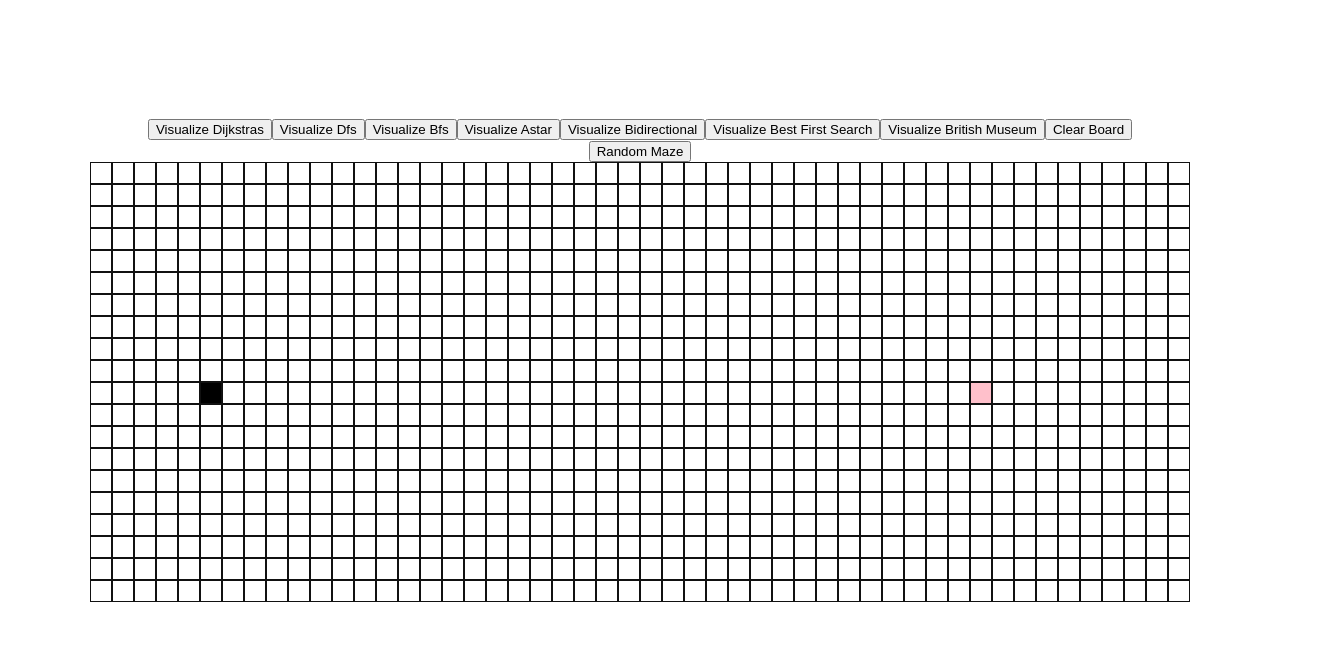
Repository: rehans-Life/Pathfinding-Visualizer
Page: /
An editor plug-in stored every save of this project. The page is shown before and after the next save, followed by the edit.
The browser window is 1280 px wide. The page is 1280 px wide, then 1333 px, so the pictures cover 1333 px, including what lies to the right of the window. The pictures show the whole page.
The project was rebuilt for these pictures with package versions that can differ from the ones it lists, and the page was loaded fresh each time. The framework's server and built-in components were replaced by stand-ins that run in the browser. Also part of the build but not shown: next.config.js.

Above is the page before, as saved 2023-03-11 09:40:04.

### pages/index.js
import Head from "next/head";
import styles from "../styles/Home.module.css";
import Node from "../components/Node";
import { visualizeDijistras } from "../algorithms/dijkstras";
import { useState } from "react";
import { visualizeDfs } from "../algorithms/dfs";
import { visualizeBfs } from "../algorithms/bfs";
import { visualizeAstar } from "../algorithms/aStar";
import { visualizeBidirectional } from "../algorithms/bidirectional";
import { visualizeBestfs } from "../algorithms/bestFirstSearch";
import { visualizeBritishMuseum } from "../algorithms/britishMuseum";
import { randomMaze } from "../mazes/randomMaze";

export const START_ROW = 10;
export const START_COL = 5;
export const END_ROW = 10;
export const END_COL = 40;
export const ROWS = 20;
export const COLS = 50;

function getInitialGrid() {
  let grid = [];
  for (let i = 0; i < ROWS; i++) {
    let row = [];
    for (let j = 0; j < COLS; j++) {
      const node = {
        row: i,
        col: j,
        isStart: i === START_ROW && j === START_COL,
        isEnd: i === END_ROW && j === END_COL,
        distance: Infinity,
        parent: null,
        isVisited: false,
        isInPath: false,
        isWall: false,
        huristic: Infinity,
        totalDistance: Infinity,
      };
      row.push(node);
    }
    grid.push(row);
  }
  return grid;
}

const canBecomeWall = (row, col) => {
  return row != END_ROW || col != END_COL;
};

export default function Home() {
  const [grid, setGrid] = useState(getInitialGrid());
  const [mouseDown, setMouseDown] = useState(false);

  const handleMouseDown = (row, col) => {
    if (!canBecomeWall(row, col)) return;
    setMouseDown(true);
    setCellAsWall(row, col);
  };

  const handleMouseEnter = (row, col) => {
    if (!canBecomeWall(row, col)) return;
    if (mouseDown) {
      setCellAsWall(row, col);
    }
  };

  const handleMouseUp = () => {
    setMouseDown(false);
  };

  const setCellAsWall = (row, col) => {
    let newGrid = grid.slice();
    newGrid[row][col].isWall = !newGrid[row][col].isWall;
    setGrid(newGrid);
  };

  return (
    <div className={styles.container}>
      <Head>
        <title>Pathfinding Visualizer</title>
        <meta name="description" content="Generated by create next app" />
        <link rel="icon" href="/favicon.ico" />
      </Head>
      <div className={styles.buttons}>
        <button onClick={() => visualizeDijistras(grid, setGrid)}>
          Visualize Dijkstras
        </button>
        <button onClick={() => visualizeDfs(grid, setGrid)}>
          Visualize Dfs
        </button>
        <button onClick={() => visualizeBfs(grid, setGrid)}>
          Visualize Bfs
        </button>
        <button onClick={() => visualizeAstar(grid, setGrid)}>
          Visualize Astar
        </button>
        <button onClick={() => visualizeBidirectional(grid, setGrid)}>
          Visualize Bidirectional
        </button>
        <button onClick={() => visualizeBestfs(grid, setGrid)}>
          Visualize Best First Search
        </button>
        <button onClick={() => visualizeBritishMuseum(grid, setGrid)}>
          Visualize British Museum
        </button>
        <button onClick={() => setGrid(getInitialGrid())}>Clear Board</button>
      </div>
      <div className={styles.buttons}>
        <button onClick={() => randomMaze(grid, setGrid)}>Random Maze</button>
      </div>
      {grid.map((row, index) => (
        <div key={index} className={styles.row}>
          {row.map((node, index) => (
            <Node
              key={index}
              row={node.row}
              col={node.col}
              isStart={node.isStart}
              isEnd={node.isEnd}
              distance={node.distance}
              isVisited={node.isVisited}
              isInPath={node.isInPath}
              isWall={node.isWall}
              handleMouseDown={handleMouseDown}
              handleMouseUp={handleMouseUp}
              handleMouseEnter={handleMouseEnter}
            ></Node>
          ))}
        </div>
      ))}
    </div>
  );
}

### styles/Home.module.css
.container {
  display: flex;
  flex-direction: column;
  justify-content: center;
  align-items: center;
  width: 100vw;
  height: 100vh;
}
.node {
  padding: 10px;
  border: 1px solid #111;
  width: 10px;
}

.row {
  display: flex;
}
.button {
  display: flex;
  align-items: center;
}

.startNode {
  padding: 10px;
  border: 1px solid #111;
  width: 10px;
  background-color: black;
}
.visited {
  background-color: lightslategray;
  padding: 10px;
  border: 1px solid #111;
  width: 10px;
}

.wall {
  background-color: darkslateblue;
  padding: 10px;
  border: 1px solid #111;
  width: 10px;
}

.inPath {
  background-color: royalblue;
  padding: 10px;
  border: 1px solid #111;
  width: 10px;
}

.endNode {
  padding: 10px;
  border: 1px solid #111;
  width: 10px;
  background-color: pink;
}

### components/Node.js
import React from "react";
import styles from "../styles/Home.module.css";

export default function Node({
  row,
  col,
  isStart,
  isEnd,
  isWall,
  isInPath,
  isVisited,
  handleMouseDown,
  handleMouseUp,
  handleMouseEnter,
}) {
  return (
    <div
      onMouseDown={() => handleMouseDown(row, col)}
      onMouseUp={handleMouseUp}
      onMouseEnter={() => handleMouseEnter(row, col)}
      className={
        isStart
          ? styles.startNode
          : isEnd
          ? styles.endNode
          : isWall
          ? styles.wall
          : isInPath
          ? styles.inPath
          : isVisited
          ? styles.visited
          : styles.node
      }
    >
      {" "}
    </div>
  );
}

### algorithms/dijkstras.js
import { COLS, END_COL, END_ROW, ROWS, START_COL, START_ROW } from "../pages";

class PriorityQueue {
  constructor() {
    this.heap = [];
  }

  isEmpty() {
    return this.heap.length == 0;
  }

  insert(node) {
    this.heap.push(node);
    let i = this.heap.length - 1;
    this.siftup(i);
  }

  delete() {
    let temp = this.heap[0];
    this.heap[0] = this.heap[this.heap.length - 1];
    this.heap.pop();
    this.shiftdown(0);
    return temp;
  }

  siftup(i) {
    let parent = Math.floor((i - 1) / 2);
    while (parent >= 0 && this.heap[parent].distance > this.heap[i].distance) {
      let temp = this.heap[parent];
      this.heap[parent] = this.heap[i];
      this.heap[i] = temp;
      i = parent;
      parent = Math.floor((i - 1) / 2);
    }
  }
  shiftdown(i) {
    let leftChild = i * 2 + 1;
    let rightChild = i * 2 + 2;
    let n = this.heap.length;

    while (
      (leftChild < n &&
        this.heap[leftChild].distance < this.heap[i].distance) ||
      (rightChild < n && this.heap[rightChild].distance < this.heap[i].distance)
    ) {
      let smaller =
        rightChild >= n ||
        this.heap[leftChild].distance <= this.heap[rightChild].distance
          ? leftChild
          : rightChild;

      let temp = this.heap[i];
      this.heap[i] = this.heap[smaller];
      this.heap[smaller] = temp;

      i = smaller;
      leftChild = i * 2 + 1;
      rightChild = i * 2 + 2;
    }
  }
}

function isValid(row, col) {
  return row < ROWS && row >= 0 && col < COLS && col >= 0;
}

export function dijkstras(grid, src, target) {
  let priorityQueue = new PriorityQueue();
  let delRow = [-1, +1, 0, 0];
  let delCol = [0, 0, -1, +1];

  let visitedNodes = [];

  priorityQueue.insert(src);
  src.distance = 0;
  visitedNodes.push(src);

  while (!priorityQueue.isEmpty()) {
    let node = priorityQueue.delete();

    for (let i = 0; i < 4; i++) {
      let adjRow = node.row + delRow[i];
      let adjCol = node.col + delCol[i];
      let newDistance = node.distance + 1;

      if (isValid(adjRow, adjCol)) {
        let adjNode = grid[adjRow][adjCol];
        if (!adjNode.isWall && newDistance < adjNode.distance) {
          adjNode.distance = newDistance;
          adjNode.parent = node;
          if (adjNode.row === target.row && adjNode.col === target.col) {
            return visitedNodes;
          }
          visitedNodes.push(adjNode);
          priorityQueue.insert(adjNode);
        }
      }
    }
  }
  return visitedNodes;
}

const animteDijkstras = (visitedNodes, path, grid, setGrid) => {
  for (let i = 0; i < visitedNodes?.length; i++) {
    if (i === visitedNodes.length - 1) {
      setTimeout(() => {
        animatePath(path, grid, setGrid);
      }, 30 * i);
    }
    setTimeout(() => {
      let newGrid = grid.slice();

      let node = visitedNodes[i];
      let newNode = {
        ...node,
        isVisited: true,
      };

      newGrid[node.row][node.col] = newNode;
      setGrid(newGrid);
    }, 30 * i);
  }
};

const animatePath = (path, grid, setGrid) => {
  for (let i = 0; i < path?.length; i++) {
    setTimeout(() => {
      let newGrid = grid.slice();

      let node = path[i];
      let newNode = {
        ...node,
        isInPath: true,
      };

      newGrid[node.row][node.col] = newNode;
      setGrid(newGrid);
    }, 50 * i);
  }
};

export const visualizeDijistras = (grid, setGrid) => {
  let startNode = grid[START_ROW][START_COL];
  let endNode = grid[END_ROW][END_COL];
  let visitedNodes = dijkstras(grid, startNode, endNode);
  let node = grid[END_ROW][END_COL];
  let path = [];
  while (node) {
    path.push(node);
    node = node.parent;
  }
  path.reverse();
  animteDijkstras(visitedNodes, path, grid, setGrid);
};

### algorithms/dfs.js
import { COLS, END_COL, END_ROW, ROWS, START_COL, START_ROW } from "../pages";

export function visualizeDfs(grid, setGrid) {
  let startNode = grid[START_ROW][START_COL];
  let endNode = grid[END_ROW][END_COL];
  let visitedNodes = dfs(grid, startNode, endNode);
  let path = [];
  let node = endNode;
  while (node) {
    path.push(node);
    node = node.parent;
  }
  path.reverse();
  animateDfs(visitedNodes, path, grid, setGrid);
}

function animateDfs(visitedNodes, path, grid, setGrid) {
  for (let i = 0; i < visitedNodes.length; i++) {
    setTimeout(() => {
      if (i === visitedNodes.length - 1) {
        animatePath(path, grid, setGrid);
      }
      let newGrid = grid.slice();

      let node = visitedNodes[i];
      let newNode = {
        ...node,
        isVisited: true,
      };

      newGrid[node.row][node.col] = newNode;
      setGrid(newGrid);
    }, 10 * i);
  }
}

function animatePath(path, grid, setGrid) {
  for (let i = 0; i < path.length; i++) {
    setTimeout(() => {
      let newGrid = grid.slice();

      let node = path[i];
      let newNode = {
        ...node,
        isInPath: true,
      };

      newGrid[node.row][node.col] = newNode;
      setGrid(newGrid);
    }, 10 * i);
  }
}

function isValid(row, col) {
  return row < ROWS && row >= 0 && col < COLS && col >= 0;
}

function dfs(grid, src, target) {
  let visitedNodes = [];
  let delRow = [-1, 0, 0, +1];
  let delCol = [0, +1, -1, 0];

  function helper(node, parent) {
    node.distance = 1;
    node.parent = parent;
    visitedNodes.push(node);

    if (node.row === target.row && node.col === target.col) {
      return true;
    }

    for (let i = 0; i < 4; i++) {
      let adjRow = node.row + delRow[i];
      let adjCol = node.col + delCol[i];

      if (isValid(adjRow, adjCol)) {
        let adjNode = grid[adjRow][adjCol];
        if (!adjNode.isWall && adjNode.distance === Infinity) {
          if (helper(adjNode, node)) {
            return true;
          }
        }
      }
    }
  }

  helper(src, null);
  return visitedNodes;
}

### algorithms/bfs.js
import { COLS, END_COL, END_ROW, ROWS, START_COL, START_ROW } from "../pages";

function isValid(row, col) {
  return row < ROWS && row >= 0 && col < COLS && col >= 0;
}

export function bfs(grid, src, target) {
  let queue = [];
  let delRow = [-1, +1, 0, 0];
  let delCol = [0, 0, -1, +1];

  let visitedNodes = [];

  queue.push(src);
  src.distance = 0;
  visitedNodes.push(src);

  while (queue.length) {
    let node = queue.shift();

    for (let i = 0; i < 4; i++) {
      let adjRow = node.row + delRow[i];
      let adjCol = node.col + delCol[i];
      let newDistance = node.distance + 1;

      if (isValid(adjRow, adjCol)) {
        let adjNode = grid[adjRow][adjCol];
        if (!adjNode.isWall && newDistance < adjNode.distance) {
          adjNode.distance = newDistance;
          adjNode.parent = node;
          if (adjNode.row === target.row && adjNode.col === target.col) {
            return visitedNodes;
          }
          visitedNodes.push(adjNode);
          queue.push(adjNode);
        }
      }
    }
  }
  return visitedNodes;
}

const animateBfs = (visitedNodes, path, grid, setGrid) => {
  for (let i = 0; i < visitedNodes?.length; i++) {
    if (i === visitedNodes.length - 1) {
      setTimeout(() => {
        animatePath(path, grid, setGrid);
      }, 10 * i);
    }
    setTimeout(() => {
      let newGrid = grid.slice();

      let node = visitedNodes[i];
      let newNode = {
        ...node,
        isVisited: true,
      };

      newGrid[node.row][node.col] = newNode;
      setGrid(newGrid);
    }, 10 * i);
  }
};

const animatePath = (path, grid, setGrid) => {
  for (let i = 0; i < path?.length; i++) {
    setTimeout(() => {
      let newGrid = grid.slice();

      let node = path[i];
      let newNode = {
        ...node,
        isInPath: true,
      };

      newGrid[node.row][node.col] = newNode;
      setGrid(newGrid);
    }, 50 * i);
  }
};

export const visualizeBfs = (grid, setGrid) => {
  let startNode = grid[START_ROW][START_COL];
  let endNode = grid[END_ROW][END_COL];
  let visitedNodes = bfs(grid, startNode, endNode);
  let node = grid[END_ROW][END_COL];
  let path = [];
  while (node) {
    path.push(node);
    node = node.parent;
  }
  path.reverse();
  animateBfs(visitedNodes, path, grid, setGrid);
};

### algorithms/bidirectional.js
import { COLS, END_COL, END_ROW, ROWS, START_COL, START_ROW } from "../pages";

function isValid(row, col) {
  return row < 20 && row >= 0 && col < 50 && col >= 0;
}

function bidirectional(grid, src, target) {
  let forwardQueue = [];
  let backwardQueue = [];

  let forwardVisitedNodes = [];
  let backwardVisitedNodes = [];

  src.distance = 0;
  forwardQueue.push(src);
  forwardVisitedNodes.push(src);

  target.distance = 0;
  backwardQueue.push(target);
  backwardVisitedNodes.push(target);

  while (forwardQueue.length && backwardQueue.length) {
    bfs(grid, forwardQueue, forwardVisitedNodes, backwardVisitedNodes);

    let backwardIntersectingNodes = bfs(
      grid,
      backwardQueue,
      backwardVisitedNodes,
      forwardVisitedNodes
    );
    if (backwardIntersectingNodes) {
      return [
        answer(forwardVisitedNodes, backwardVisitedNodes),
        genertatePath(backwardIntersectingNodes),
      ];
    }
  }
  return [answer(forwardVisitedNodes, backwardVisitedNodes), []];
}

function answer(forwardVisitedNodes, backwardVisitedNodes) {
  let visitedNodes = [];
  let n = forwardVisitedNodes.length;
  let m = backwardVisitedNodes.length;

  let greater = n > m ? n : m;

  for (let i = 0; i < greater; i++) {
    if (i < n) visitedNodes.push(forwardVisitedNodes[i]);
    if (i < m) visitedNodes.push(backwardVisitedNodes[i]);
  }
  return visitedNodes;
}

function genertatePath(intersectingingNodes) {
  let forwardPath = [];
  let forwardNode = intersectingingNodes[0];
  while (forwardNode) {
    forwardPath.push(forwardNode);
    forwardNode = forwardNode.parent;
  }
  forwardPath.reverse();
  let backwardPath = [];
  let backwardNode = intersectingingNodes[1];
  while (backwardNode) {
    backwardPath.push(backwardNode);
    backwardNode = backwardNode.parent;
  }
  let path = [...forwardPath, ...backwardPath];
  return path;
}

function bfs(grid, queue, directionVisitedNodes, visitedNodes) {
  let node = queue.shift();
  let delRow = [-1, +1, 0, 0];
  let delCol = [0, 0, -1, +1];

  for (let i = 0; i < 4; i++) {
    let adjRow = node.row + delRow[i];
    let adjCol = node.col + delCol[i];
    let newDistance = node.distance + 1;

    if (isValid(adjRow, adjCol)) {
      let adjNode = grid[adjRow][adjCol];

      if (visitedNodes.includes(adjNode)) {
        return [adjNode, node];
      }

      if (!adjNode.isWall && newDistance < adjNode.distance) {
        adjNode.distance = newDistance;
        adjNode.parent = node;
        directionVisitedNodes.push(adjNode);
        queue.push(adjNode);
      }
    }
  }
}

const animateBidirectional = (visitedNodes, path, grid, setGrid) => {
  for (let i = 0; i < visitedNodes?.length; i++) {
    if (i === visitedNodes.length - 1) {
      setTimeout(() => {
        animatePath(path, grid, setGrid);
      }, 10 * i);
    }
    setTimeout(() => {
      let newGrid = grid.slice();

      let node = visitedNodes[i];
      let newNode = {
        ...node,
        isVisited: true,
      };

      newGrid[node.row][node.col] = newNode;
      setGrid(newGrid);
    }, 10 * i);
  }
};

const animatePath = (path, grid, setGrid) => {
  for (let i = 0; i < path?.length; i++) {
    setTimeout(() => {
      let newGrid = grid.slice();

      let node = path[i];
      let newNode = {
        ...node,
        isInPath: true,
      };

      newGrid[node.row][node.col] = newNode;
      setGrid(newGrid);
    }, 50 * i);
  }
};

export const visualizeBidirectional = (grid, setGrid) => {
  let startNode = grid[START_ROW][START_COL];
  let endNode = grid[END_ROW][END_COL];
  let [visitedNodes, path] = bidirectional(grid, startNode, endNode);
  animateBidirectional(visitedNodes, path, grid, setGrid);
};

### algorithms/britishMuseum.js
import { COLS, END_COL, END_ROW, ROWS, START_COL, START_ROW } from "../pages";

function huristics(grid, src) {
  let queue = [];
  let delRow = [-1, +1, 0, 0];
  let delCol = [0, 0, -1, +1];

  queue.push(src);
  src.huristic = 0;

  while (queue.length) {
    let node = queue.shift();

    for (let i = 0; i < 4; i++) {
      let adjRow = node.row + delRow[i];
      let adjCol = node.col + delCol[i];
      if (isValid(adjRow, adjCol)) {
        let adjNode = grid[adjRow][adjCol];
        let huristic = Math.sqrt(
          Math.pow(adjRow - src.row, 2) + Math.pow(adjCol - src.col, 2)
        );
        if (!adjNode.isWall && adjNode.huristic === Infinity) {
          adjNode.huristic = huristic;
          queue.push(adjNode);
        }
      }
    }
  }
}

function isValid(row, col) {
  return row < ROWS && row >= 0 && col < COLS && col >= 0;
}

function britishMuseum(grid, src, target) {
  huristics(grid, target);
  let delRow = [-1, +1, 0, 0];
  let delCol = [0, 0, -1, +1];
  let visitedNodes = [];

  function dfs(node, parent) {
    visitedNodes.push(node);
    node.parent = parent;
    node.distance = 1;
    let adjNodes = [];

    if (node.row === target.row && node.col === target.col) {
      return true;
    }

    for (let i = 0; i < 4; i++) {
      let adjRow = node.row + delRow[i];
      let adjCol = node.col + delCol[i];

      if (isValid(adjRow, adjCol)) {
        let adjNode = grid[adjRow][adjCol];
        if (!adjNode.isWall) {
          adjNodes.push(adjNode);
        }
      }
    }
    adjNodes.sort((a, b) => a.huristic - b.huristic);
    console.log(adjNodes);

    for (let i = 0; i < adjNodes.length; i++) {
      if (adjNodes[i].distance === Infinity) {
        if (dfs(adjNodes[i], node)) return true;
      }
    }
  }
  dfs(src, null);
  console.log(visitedNodes);
  return visitedNodes;
}

const animateBritishMuseum = (visitedNodes, path, grid, setGrid) => {
  for (let i = 0; i < visitedNodes?.length; i++) {
    if (i === visitedNodes.length - 1) {
      setTimeout(() => {
        animatePath(path, grid, setGrid);
      }, 10 * i);
    }
    setTimeout(() => {
      let newGrid = grid.slice();

      let node = visitedNodes[i];
      let newNode = {
        ...node,
        isVisited: true,
      };

      newGrid[node.row][node.col] = newNode;
      setGrid(newGrid);
    }, 10 * i);
  }
};

const animatePath = (path, grid, setGrid) => {
  for (let i = 0; i < path?.length; i++) {
    setTimeout(() => {
      let newGrid = grid.slice();

      let node = path[i];
      let newNode = {
        ...node,
        isInPath: true,
      };

      newGrid[node.row][node.col] = newNode;
      setGrid(newGrid);
    }, 50 * i);
  }
};

export const visualizeBritishMuseum = (grid, setGrid) => {
  let startNode = grid[START_ROW][START_COL];
  let endNode = grid[END_ROW][END_COL];
  let visitedNodes = britishMuseum(grid, startNode, endNode);
  let node = grid[END_ROW][END_COL];
  let path = [];
  while (node) {
    path.push(node);
    node = node.parent;
  }
  path.reverse();
  animateBritishMuseum(visitedNodes, path, grid, setGrid);
};

### mazes/randomMaze.js
import { COLS, END_COL, END_ROW, ROWS } from "../pages";

function isValid(minRow, maxRow, minCol, maxCol) {
  return minRow < maxRow && minCol < maxCol;
}

function randomNumber(min, max) {
  return Math.floor(Math.random() * (max - min) + min);
}

function isValidRandom(number, direction) {
  return;
}

export function randomMaze(grid, setGrid) {
  let newGrid = grid.slice();

  for (let i = 0; i < COLS; i++) {
    let firstRowNode = newGrid[0][i];
    let lastRowNode = newGrid[ROWS - 1][i];
    firstRowNode.isWall = true;
    lastRowNode.isWall = true;
  }

  for (let i = 0; i < ROWS; i++) {
    let firstColNode = newGrid[i][0];
    let lastColNode = newGrid[i][COLS - 1];
    firstColNode.isWall = true;
    lastColNode.isWall = true;
  }

  divide(newGrid, 2, ROWS - 2, 2, COLS - 2, "row");
  newGrid[END_ROW][END_COL].isWall = false;
  setGrid(newGrid);
}

function divide(grid, minRow, maxRow, minCol, maxCol, direction, prevSpace) {
  if (!isValid(minRow, maxRow, minCol, maxCol)) return;

  if (direction === "row") {
    let randomRow = randomNumber(minRow, maxRow);

    if (minRow === maxRow - 1) return;

    while (randomRow === prevSpace) {
      randomRow = randomNumber(minRow, maxRow);
    }

    let randomSpace = randomNumber(minCol, maxCol);

    for (let i = minCol - 2; i < maxCol + 2; i++) {
      let node = grid[randomRow][i];
      if (i != randomSpace) {
        node.isWall = true;
      }
    }
    divide(grid, minRow, randomRow - 2, minCol, maxCol, "col", randomSpace);
    divide(grid, randomRow + 2, maxRow, minCol, maxCol, "col", randomSpace);
  } else {
    if (minCol === maxCol - 1) return;

    let randomCol = randomNumber(minCol, maxCol);

    while (randomCol === prevSpace) {
      randomCol = randomNumber(minCol, maxCol);
    }

    let randomSpace = randomNumber(minRow, maxRow);

    for (let i = minRow - 2; i < maxRow + 2; i++) {
      let node = grid[i][randomCol];
      if (i != randomSpace) {
        node.isWall = true;
      }
    }
    divide(grid, minRow, maxRow, minCol, randomCol - 2, "col", randomSpace);
    divide(grid, minRow, maxRow, randomCol + 2, maxCol, "row", randomSpace);
  }
}

Loaded but not shown: pages/_app.js (common file); styles/globals.css (common file); algorithms/bestFirstSearch.js (181 lines, source omitted); algorithms/aStar.js (169 lines, source omitted)

After the next save:
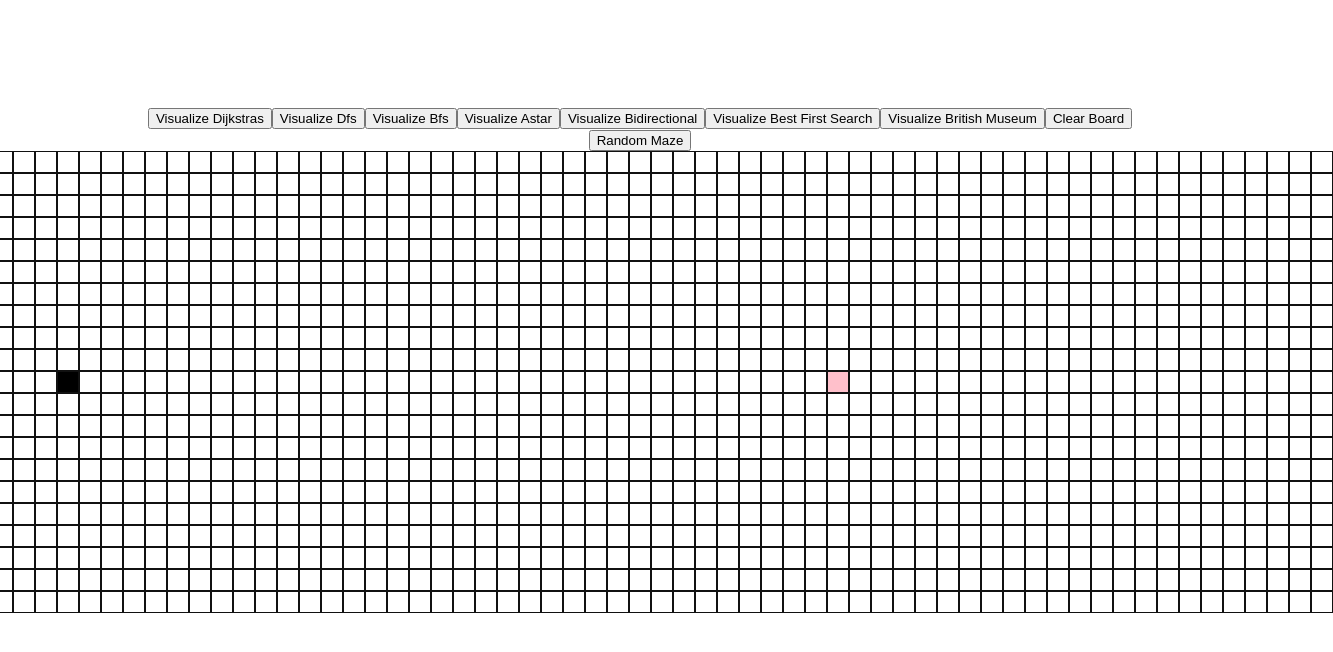
Saved 6 min 52 s later.
--- a/pages/index.js
+++ b/pages/index.js
@@ -15,8 +15,8 @@ export const START_ROW = 10;
 export const START_COL = 5;
 export const END_ROW = 10;
 export const END_COL = 40;
-export const ROWS = 20;
-export const COLS = 50;
+export const ROWS = 21;
+export const COLS = 63;
 
 function getInitialGrid() {
   let grid = [];
